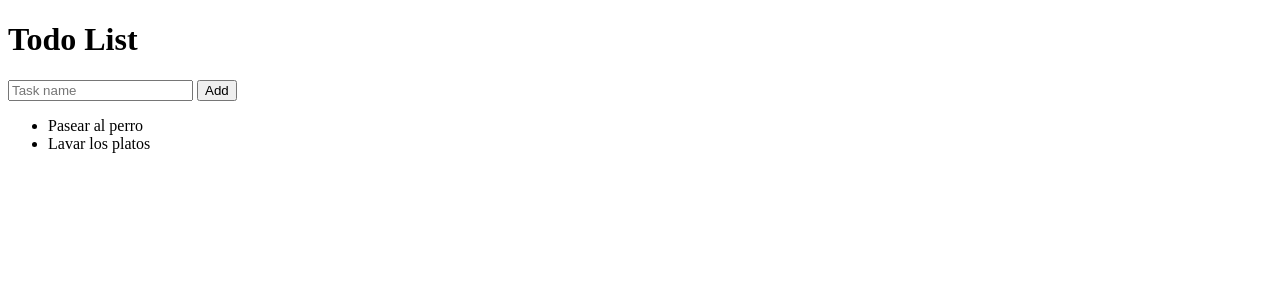
Repository: montsecg/nuclio-javascript-lecture-montse
Page: index.html
The author's editor kept a copy of each file at every save. The page is drawn from the files as they stood at one save, then again after the next save.
The browser window is 1280 px wide. The pictures show the whole page.

Above is the page before, as saved 2021-04-15 23:33:12.
Console error: ReferenceError: list is not defined

After the next save:
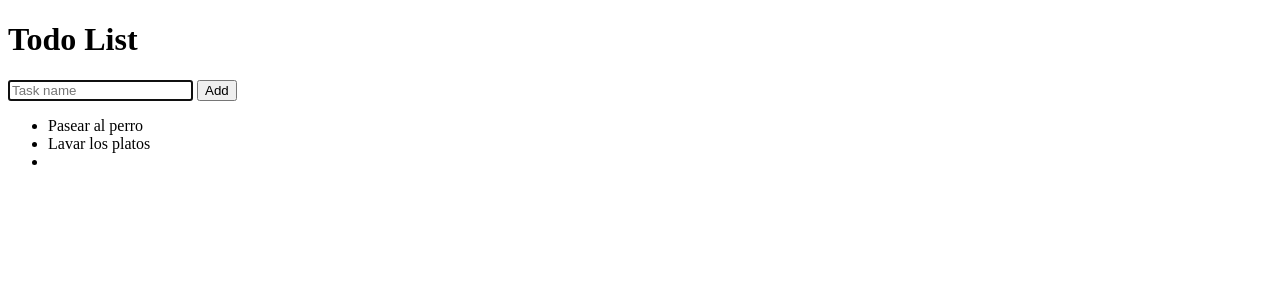
The error is gone.
Saved 52 s later.
--- a/index.js
+++ b/index.js
@@ -133,7 +133,7 @@ const list = document.querySelector("ul"); /* guarda la lista de tareas*/
 //*AÑADIR ETIQUETAS EN HTML CON JAVASCRIPT - EJEMPLO AÑADIR <LI> EN UNA LISTA USANDO UN FORMULARIO CON UN INPUT Y UN BOTÓN EN HTML*/
 const form = document.querySelector ("form");
 const input = document.querySelector ("input");
-const title = document.querySelector ("h1");
+const list = document.querySelector ("ul");
 
 function addItem (){
     const item = document.createElement("li"); //se crea el elemento <li> y se guarda en una constante item
